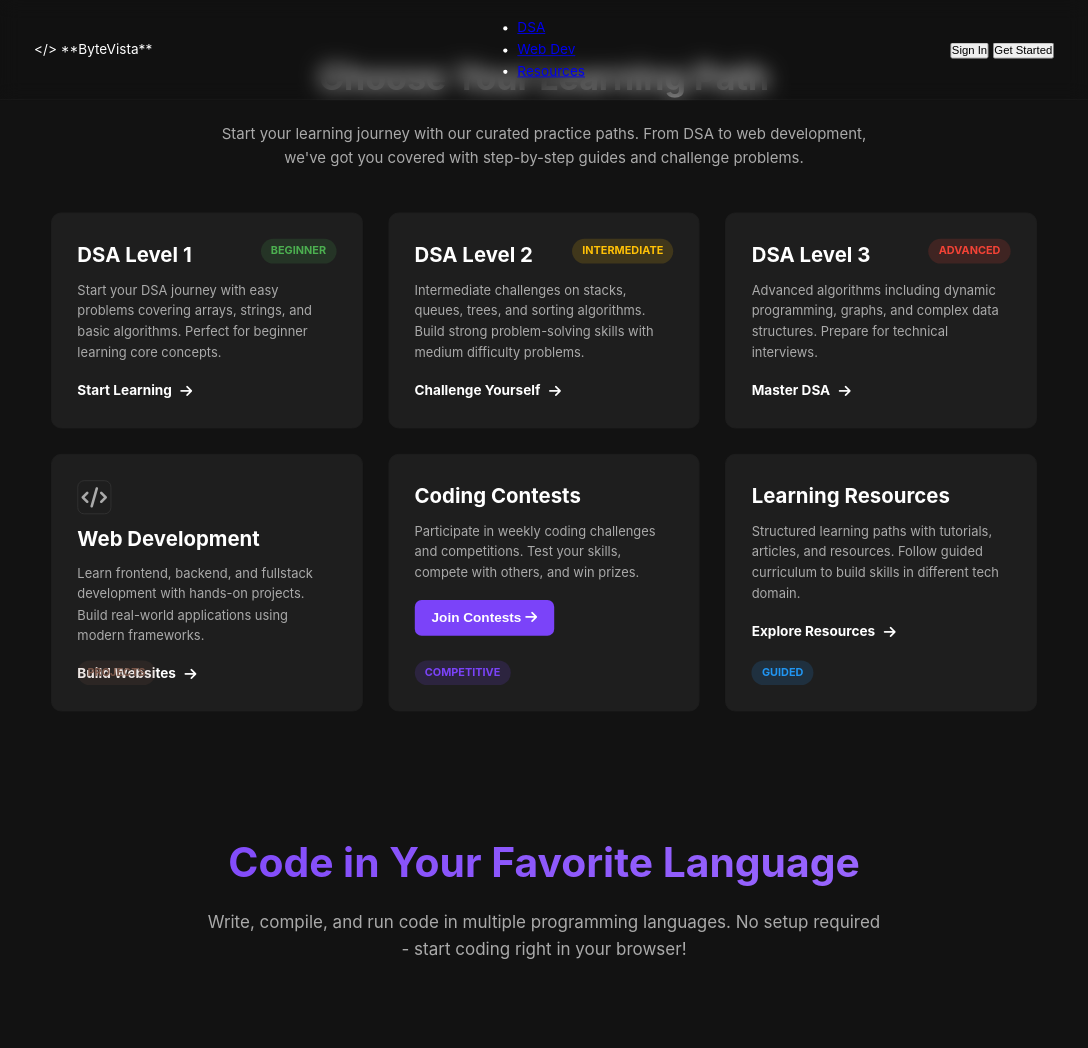
Repository: biswaranjansatapathy2005-lang/ByteVista
Page: frontend/course/course.html
These files come from the project's save history. The page is drawn as it stood at one moment and after the next save; the edit follows.
The browser window is 1280 px wide. The pictures show the whole page, at 85% of full size.

Above is the page before, as saved 2025-12-13 02:20:40.

After the next save:
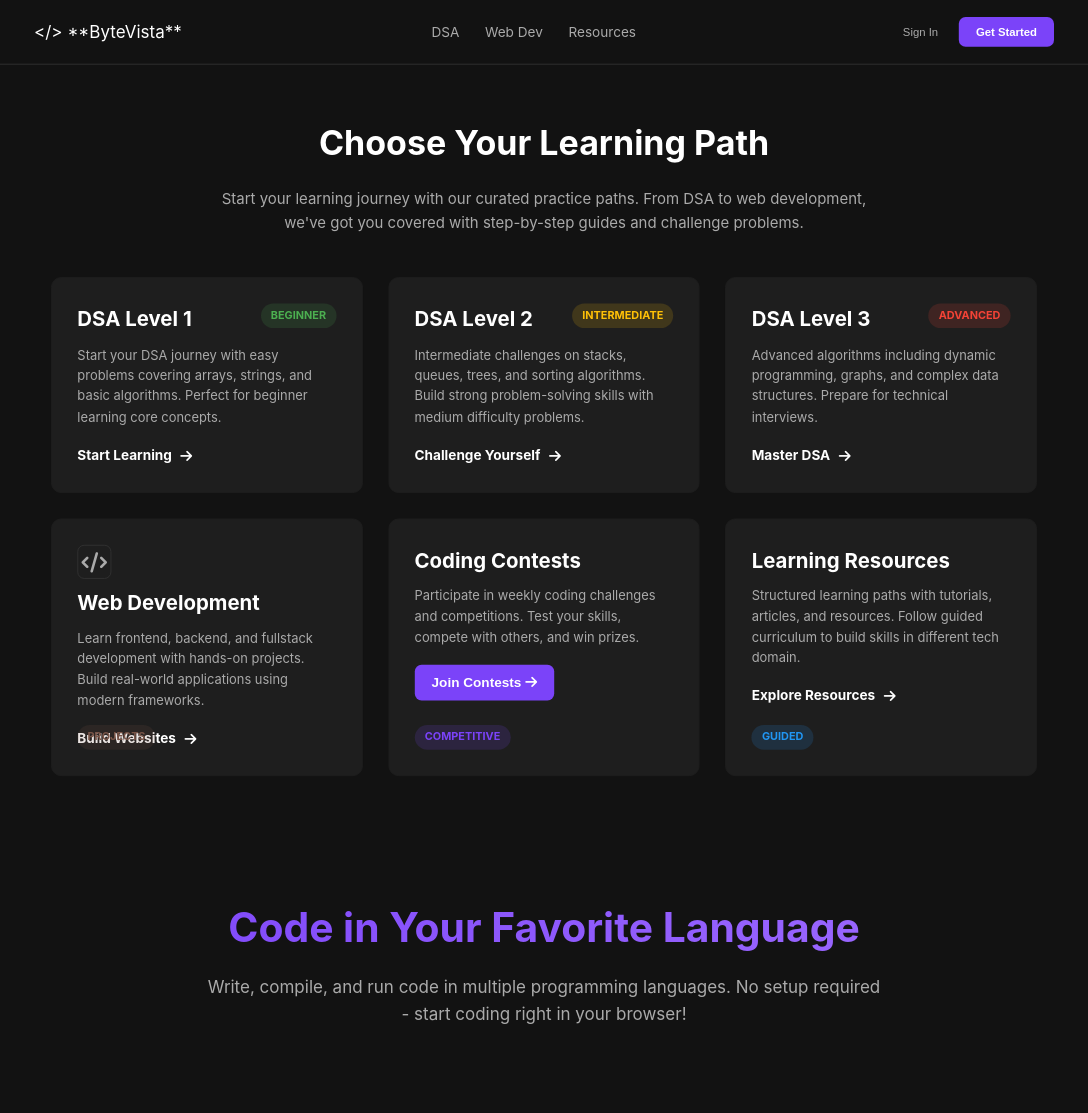
Saved 8 s later.
--- a/frontend/course/course.css
+++ b/frontend/course/course.css
@@ -44,41 +44,56 @@
 }
 
 /* Header Styling - Mock-up based on image */
-
 .main-header {
-    position: fixed;                    /* stays on top while scrolling */
-    top: 0;
-    left: 0;
-    width: 100%;
-    z-index: 999;
-
     display: flex;
     justify-content: space-between;
     align-items: center;
-
     padding: 20px 40px;
-
-    background: rgba(18, 18, 18, 0.25); /* transparent dark */
-    backdrop-filter: blur(12px);        /* glass blur */
-    -webkit-backdrop-filter: blur(12px);
-
-    border-bottom: 1px solid rgba(255, 255, 255, 0.05);
-
-    transition:
-        padding 0.25s ease,
-        background 0.25s ease,
-        border-color 0.3s ease,
-        backdrop-filter 0.3s ease;
-}
-
-/* When scrolling → darker + more blur + compact header */
-.main-header.scrolled {
-    background: rgba(18, 18, 18, 0.55);         /* stronger background */
-    backdrop-filter: blur(18px);
-    -webkit-backdrop-filter: blur(18px);
-
-    padding: 12px 40px;                         /* tighten navbar */
-    border-bottom: 1px solid rgba(255, 255, 255, 0.12);
+    border-bottom: 1px solid var(--color-border-subtle);
+}
+
+.logo {
+    font-size: 1.25rem;
+    color: var(--color-text-primary);
+}
+
+nav ul {
+    list-style: none;
+    display: flex;
+}
+
+nav ul li a {
+    text-decoration: none;
+    color: var(--color-text-secondary);
+    padding: 10px 15px;
+    transition: color 0.3s;
+}
+
+nav ul li a:hover {
+    color: var(--color-text-primary);
+}
+
+.user-actions .sign-in {
+    background: none;
+    border: none;
+    color: var(--color-text-secondary);
+    padding: 10px 20px;
+    cursor: pointer;
+}
+
+.user-actions .get-started {
+    background-color: var(--color-accent-purple);
+    color: var(--color-text-primary);
+    border: none;
+    border-radius: 8px;
+    padding: 10px 20px;
+    cursor: pointer;
+    font-weight: bold;
+    transition: background-color 0.3s;
+}
+
+.user-actions .get-started:hover {
+    background-color: #9c6eff; /* Lighter purple on hover */
 }
 
 /* Section Title and Subtitle */
